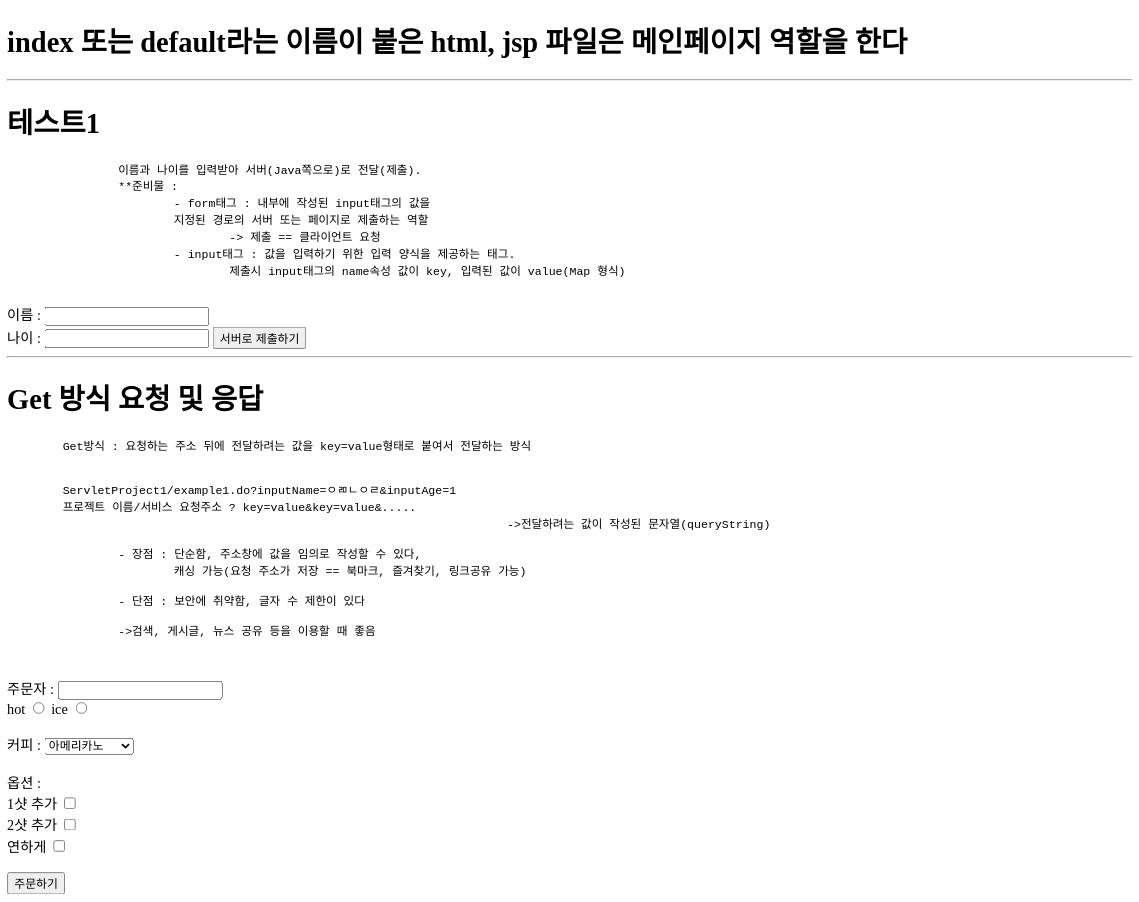
Repository: dawonLeeee/learnServer
Page: ServletProject1/src/main/webapp/index.html
The author's editor kept a copy of each file at every save. The page is drawn from the files as they stood at one save, then again after the next save.
The browser window is 1280 px wide. The pictures show the whole page, at 89% of full size.

Above is the page before, as saved 2022-10-11 06:43:40.

After the next save:
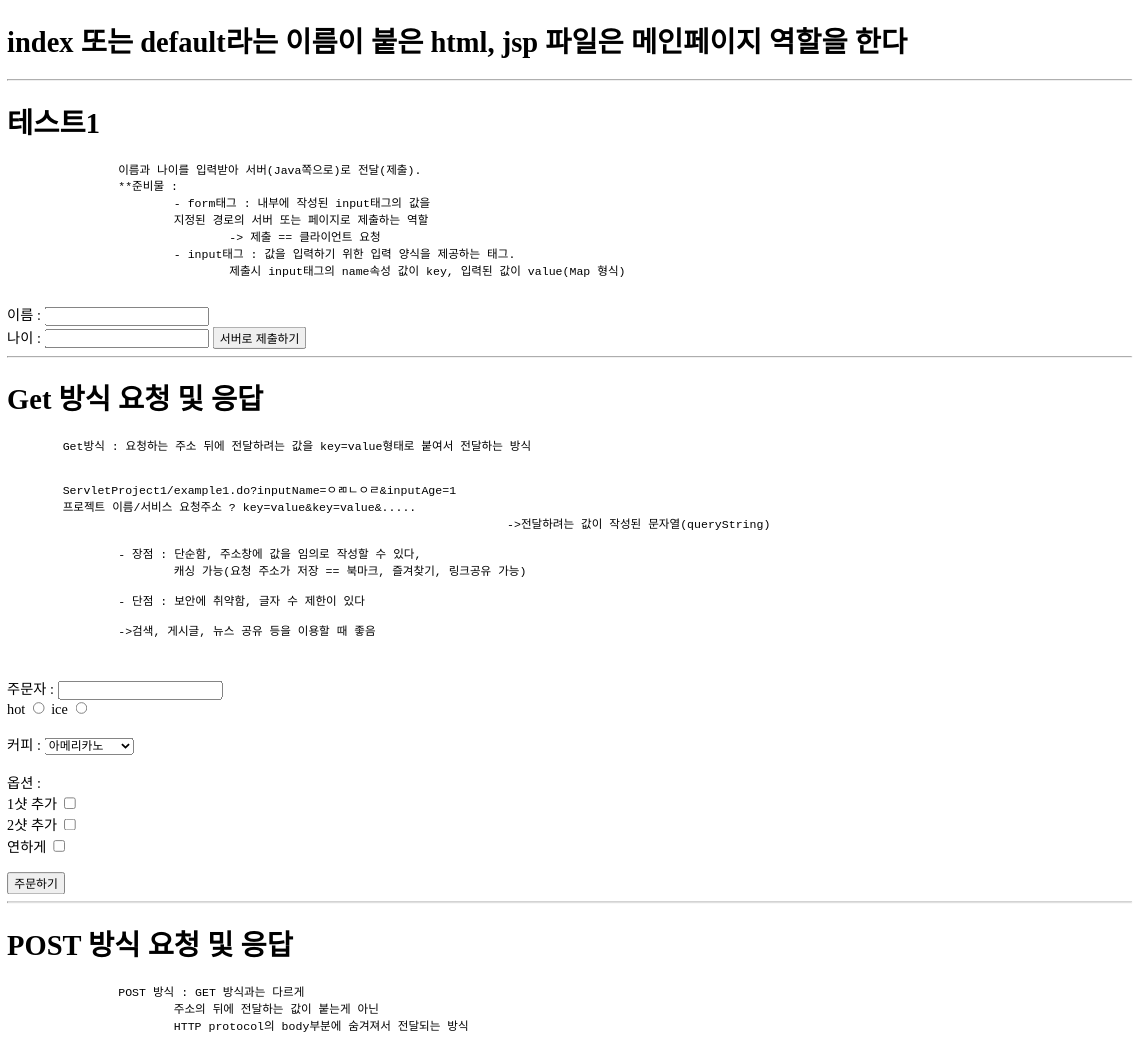
Saved 22 min 8 s later.
--- a/ServletProject1/src/main/webapp/index.html
+++ b/ServletProject1/src/main/webapp/index.html
@@ -95,6 +95,15 @@
 </form>
 
 
+	<hr>
+	<h1>POST 방식 요청 및 응답</h1>
+
+	<pre>
+		POST 방식 : GET 방식과는 다르게
+			주소의 뒤에 전달하는 값이 붙는게 아닌
+			HTTP protocol의 body부분에 숨겨져서 전달되는 방식
+	</pre>
+
 
 </body>
 </html>
